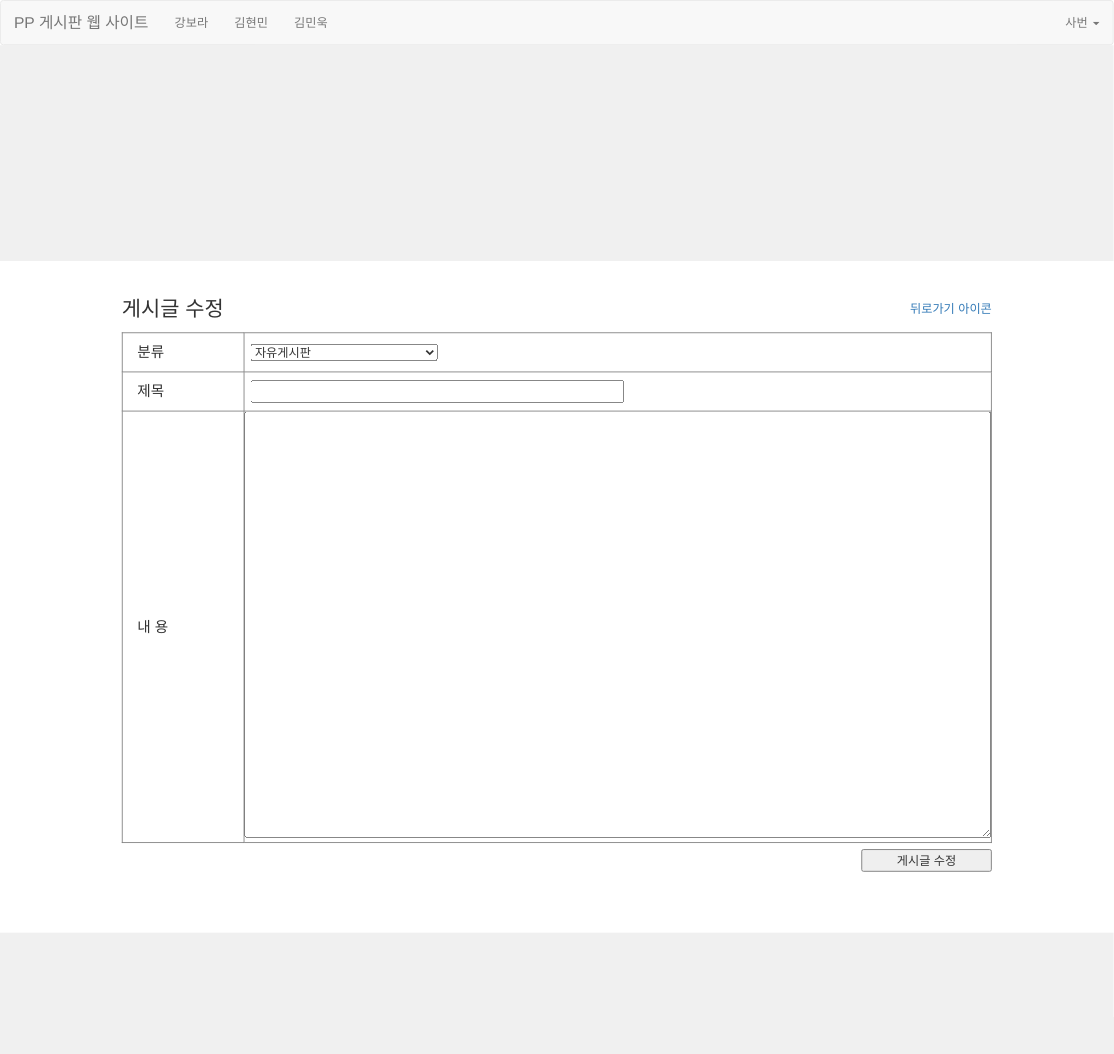
Repository: hyunminini/CommunityPage
Page: http://localhost/PP_Project/update.jsp
The author's editor kept a copy of each file at every save. The page is drawn from the files as they stood at one save, then again after the next save.
The browser window is 1280 px wide. The pictures show the whole page, at 87% of full size.
Some web libraries are served in a nearby version. The page is served by Tomcat 9. Other server files are loaded and not shown.

Above is the page before, as saved 2022-09-29 02:05:40.

### PP_Project/WebContent/update.jsp
<%@ page language="java" contentType="text/html; charset=utf-8" pageEncoding="utf-8"%>
<%@ taglib prefix="c" uri="http://java.sun.com/jsp/jstl/core" %>
<%@ taglib prefix="fn" uri="http://java.sun.com/jsp/jstl/functions" %>

<!DOCTYPE html>
<html>
<head>
<meta http-equiv="Content-Type" content="text/html; charset=utf-8">
<meta name="viewport" content="width=device-width" initial-scal="1">
<link rel="stylesheet" href="css/bootstrap.css">
<link rel="stylesheet" href="css/board.css">
<link rel="stylesheet" href="css/layout.css">
<title>update.jsp</title>
<style>
</style>

</head>
<body>


<!-- 네비게이션 -->
<nav class="navbar navbar-default">
		<!-- 네비게이션 상단 Header  -->
		<div class="navnar-header">
			<button
				type="button"
				class="navbar-toggle collapese"
				data-toggle="collapse"
				data-target="#bs-example-navbar-collapse-1"
				aria-expanded="false">

				<span class="icon-bar"></span>
				<span class="icon-bar"></span>
				<span class="icon-bar"></span>
			</button>
			<a class="navbar-brand" href="board.do">
				PP 게시판 웹 사이트
			</a>
		</div>

		<!-- 메뉴 영역 깃허브 링크 이동 -->
		<div class="collapse navbar-collapse" id="bs-example-navbar-collapse-1">
			<ul class="nav navbar-nav">
				<li><a href="#">강보라</a></li>
				<li><a href="#">김현민</a></li>
				<li><a href="#">김민욱</a></li>
			</ul>

			<!-- 메뉴 드랍다운 영역 -->
			<ul class="nav navbar-nav navbar-right">
				<li class="dropdown">
					<a href="#"
						class="dropdown-toggle"
						data-toggle="dropdown"
						role="button"
						aria-haspopup="true"
						aria-expanded="false"
					>
					사번  ${empno}

					<span class="caret"></span>
					</a>

				<!-- 드랍다운 아이템 영역 -->
				<ul class="dropdown-menu">
					<c:choose>
						<c:when test="${sessionScope.empno == 1001}">
							<li class="active">
								<a href="logoutAction.jsp">관리자 페이지 이동</a>
							</li>
							<li>
								<a href="logoutAction.jsp">로그아웃</a>
							</li>
						</c:when>
						<c:otherwise>
							<li class="active">
								<a href="logoutAction.jsp">로그아웃</a>
							</li>
						</c:otherwise>
					</c:choose>
				</ul>
			</li>
		</ul>
	</div>
</nav>

	<!-- 메인 이미지 -->
<div class="mainImg"></div>

<div class="form-wrap">

	<%
		String board_cnum = (String) request.getParameter("board_cnum");
	%>

<form name=updateForm method=post action="board.do?command=update&board_cnum=<%=board_cnum %>" onSubmit='checkValid()'>
    <input type="hidden" value="update" name="command">
    <input type='hidden' name='board_cnum' value="${resultContent.board_cnum}">
	<table align="center" cellpadding="5" cellspacing="2" width="100%" border="1">
      	<div class="board-text-flex">
      		<h3 class="board-name">게시글 수정</h3>
      		<p><a href="javascript:history.back();">뒤로가기 아이콘</a></p>
      	</div>
    	<tr>
       	 	<td class="left-td">
            	<p class="board-in-text">분류</p>
        	</td>
        	<td class="right-td">
				<select class="category" name="category" value="${resultContent.category}">
					<option value="자유게시판">자유게시판</option>
					<option value="점메추">점메추</option>
					<option value="유머">유머</option>
				</select>
			</td>
    	</tr>
    	<tr>
        	<td class="left-td">
            	<p class="board-in-text">제목</p>
       		</td>
        	<td class="right-td">
				<input class="title" type=text name="title" value="${resultContent.title}">
			</td>
   		</tr>

   		<tr>
       		<td class="left-td">
            	<p class="board-in-text">내 용</p>
        	</td>
        	<td class="right-td">
				<textarea name="content" cols="50" rows="10" value="${resultContent.content}">
					${resultContent.content}
				</textarea>
			</td>
    	</tr>
	</table>
	<input type="hidden" name="board_cnum" value="${board_cnum}"></input>
	<input type="hidden" name="empno" value="${empno}"></input>
	<div class="btn-wrap">
		<input class="submit" type="submit" value="게시글 수정">
	</div>

</form>
</div>

<footer>
	<div class="max-wrap">

	</div>
</footer>

<script src="https://code.jquery.com/jquery-3.1.1.min.js"></script>
<script src="js/bootstrap.js"></script>
</body>
</html>

### PP_Project/WebContent/css/board.css
@charset "UTF-8";

	.board-text-flex {
		display: flex;
		justify-content: space-between;
		align-items: center;
		padding: 3em 0 1em 0;
	}
	.board-text-flex h3 {
		margin: 0px;
	}
	.board-text-flex p {
		margin: 0px;
	}
	.form-wrap {
		width: 100%;
		max-width: 1000px;
		margin: 0 auto;
	}
	.board-in-text {
		margin: 0px;
		font-size: 1.2em;
		margin-left: 1em;
		padding: 10px 0px 10px 0px;
	}
	.category {
		width: 25%;
		margin-left: 0.5em;
	}
	.title {
		width: 50%;
		margin-left: 0.5em;
	}
	.btn-wrap {
		text-align: right;
	}
	.submit {
		margin-top: 0.5em;
		width: 15%;
	}
	.left-td {
		width: 10em;
	}
	textarea {
		width: 100%;
		height: 35em;
	}

	.max-wrap{
		width:100%;
		max-width:800px;
		margin: 0 auto;
	}

	.board-wrap {
		margin-top: 5em;
	}

	.read-title {
		border-top: 1px solid #ccc;
		border-bottom: 1px solid #ccc;
		background-color: #f0f0f0;
		display: flex;
		justify-content: space-between;
		align-items: center;
		padding: 1em 0.5em 1em 0.5em;
	}

	.read-title p{
		margin: 0;
	}
	.read-conwrap {
		margin: 0px;
		padding: 1em 0.3em 1em 0.3em;
		border-bottom: 1px solid #ccc;
		display: flex;
		justify-content: space-between;
	}

	.ename {
		margin: 0px;
	}

	.read-con {
		margin: 0px;
		display: flex;
		align-items: center;
	}

	.read-con li {
		list-style: none;
		margin-left: 0.5em;
	}

	.data-btn {
		padding-top: 2em;
	}

### PP_Project/WebContent/css/layout.css
@charset "UTF-8";

	.navbar {
		margin: 0;
	}
	.mainImg {
		background: #f0f0f0;
		width: 100%;
		height: 248px;
	}

	footer {
		width:100%;
		height: 10em;
		margin: 0 auto;
		background: #f0f0f0;
		margin-top: 5em;
	}

Loaded but not shown: PP_Project/WebContent/css/bootstrap.css (library); PP_Project/WebContent/js/bootstrap.js (library)

After the next save:
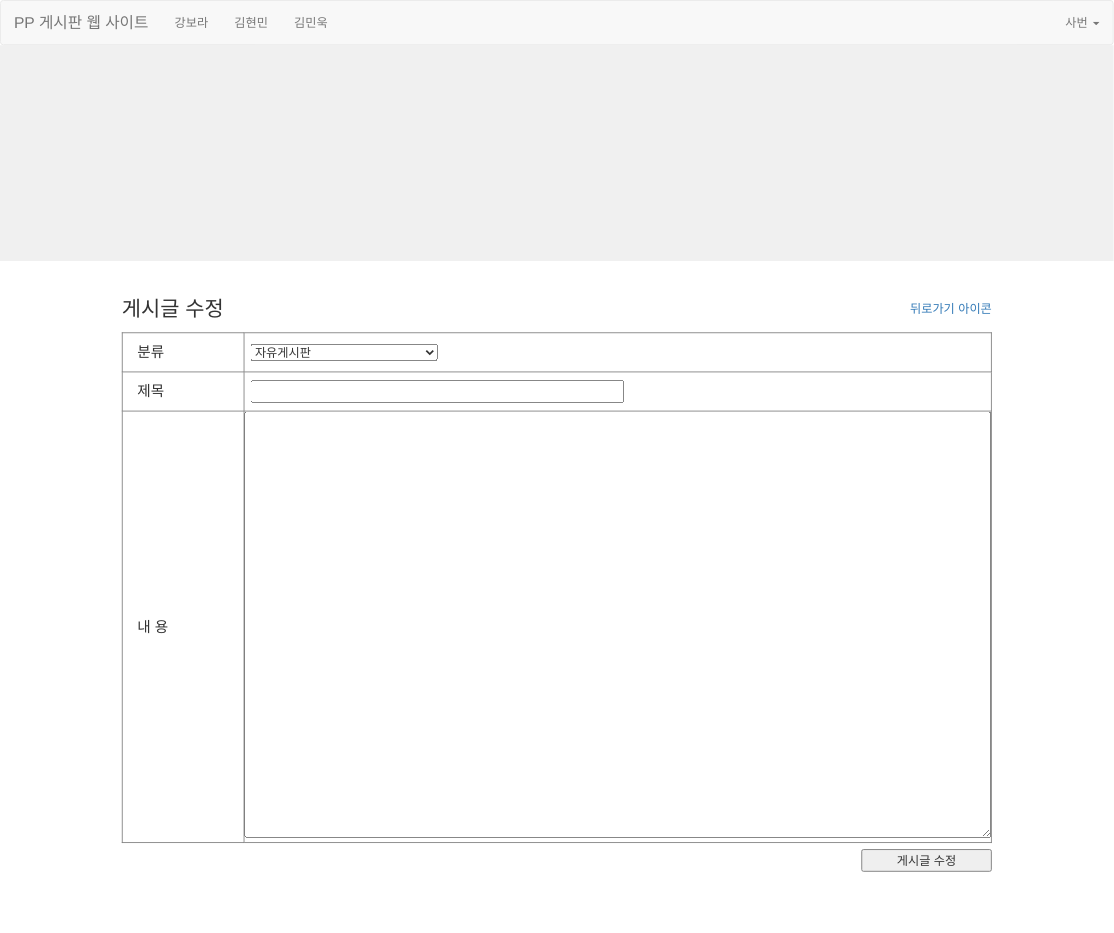
Saved 35 min 33 s later.
--- a/PP_Project/WebContent/css/layout.css
+++ b/PP_Project/WebContent/css/layout.css
@@ -11,8 +11,13 @@
 
 	footer {
 		width:100%;
-		height: 10em;
+		height: auto;
 		margin: 0 auto;
-		background: #f0f0f0;
 		margin-top: 5em;
 	}
+
+	.ft-wrap {
+		border-top: 1px solid #ccc;
+		text-align: center;
+		padding: 2em 0em 2em 0em;
+	}
